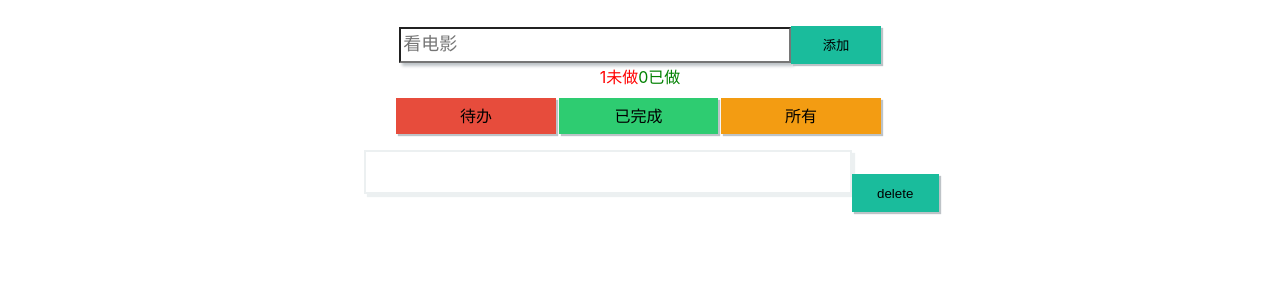
Repository: yurensmile/todolist
Page: /, after clicking the first element matching `button`
An editor plug-in stored every save of this project. The page is shown before and after the next save, followed by the edit.
The browser window is 1280 px wide. The pictures show the whole page.
The project was rebuilt for these pictures with package versions that can differ from the ones it lists, and the page was loaded fresh each time. Also part of the build but not shown: src/All.js, src/HaveDone.js.

Above is the page before, as saved 2019-03-22 09:20:31.

### src/App.js
import React, { Component } from 'react';
import Todos from './Todos'
import './App.css';

class App extends Component {

  constructor() {
    super();
    this.state={
      inputValue: '',
      laters: [],
      havedones: [],
      checked: false,
      id: 1
    };
    this.updateHavedone = this.updateHavedone.bind(this);
    this.updateLaters = this.updateLaters.bind(this);
    this.contentOnclick = this.contentOnclick.bind(this)
  }

  handleOnClick() {
    this.setState(state =>{
      const laters = state.laters.concat(state.inputValue);
      return {
        laters,
        inputValue: ""
      }
    })
  }
  updateInputValue(e) {
    this.setState({
      inputValue: e.target.value
    })
  }

// 点击了三栏内容
  contentOnclick(e) {
    let choice = e.target.innerHTML;
    this.setState((preState)=>{
      switch(choice){
        case "待办": return {id: 1};
        case "已完成": return {id: 2};
        case "所有": return {id: 3};
        default: return {id:1};
      }
    })
  }

 // 如果laters中的某个被点击，则在laters中删除，并添加到havedone中
  updateHavedone(index, item, e){
    const text = e.target.innerHTML;
    let havedones;
    this.setState(state => {
      let n = state.laters.indexOf(item);
      let tem = state.laters.slice();
      tem.splice(n, 1);
      if(text === "delete") {
        havedones = state.havedones;
      }else{
        havedones = state.havedones.concat(item);
      }
      return ({
        havedones,
        laters: tem
      })
    })
  }

// 如果havedone中的某个被点击，则在havedone中删除，并添加到later中
  updateLaters(index, item, e){
    this.setState(state => {
      let n = state.havedones.indexOf(item);
      let tem = state.havedones.slice();
      tem.splice(n, 1);
      let laters = state.laters.concat(item);
      return({
        laters,
        havedones: tem
      })
    })
  }

  render() {
    return (
      <div className="App">
        <input type="text" placeholder="看电影" name="todo"
          value={this.state.inputValue} onChange={this.updateInputValue.bind(this)}/>
        <button onClick={this.handleOnClick.bind(this)}>添加</button><br/>
        <span style={{color: "red"}}>{this.state.laters.length}未做</span>
        <span style={{color: "green"}}>{this.state.havedones.length}已做</span>
        <div id="content" onClick={this.contentOnclick}>
          <div className="choice later">待办</div>
          <div className="choice havedone" >已完成</div>
          <div className="choice all">所有</div>
        </div>
        {/* 列表内容 */}
        <Todos
          id={this.state.id}
          laters={this.state.laters}
          havedones={this.state.havedones}
          all={this.state.all}
          updateHavedones={this.updateHavedone}
          updateLaters={this.updateLaters}
        />
      </div>
    );
  }
}

export default App;

### src/Todos.js
import React, { Component } from 'react';
import All from './All'
import HaveDone from './HaveDone'
import Later from './Later'

class Todos extends Component{

  render(){
    return(
      <div>
        {
          (()=>{
            switch(this.props.id){
              case 1: return <Later laters={this.props.laters}
                                  updateHavedones={this.props.updateHavedones}
                                  />;
              case 2: return <HaveDone havedones={this.props.havedones}
                                  updateLaters={this.props.updateLaters}
                                  />;
              case 3: return <All laters={this.props.laters} havedones={this.props.havedones}/>
              default: console.log("sofunny");
            }

          })()}
      </div>
    )
  }
}
export default Todos;

### src/App.css
.App {
  margin-top: 2%;
  text-align: center;
}

input[type="checkbox"]{
  visibility: hidden;
}

ul{
  list-style-type: none;
}
li{
  display: inline-block;
  width: 39%;
  line-height: 36px;
  height: 40px;
  margin-bottom: 4px;
  margin-left: -3%;
  text-align: left;
  border: 2px solid rgba(236, 240, 241,1.0);
  box-shadow: 3px 3px 1px rgba(236, 240, 241,1.0);
  font-size: 18px;
}
.choice{
  margin-top: 10px;
  margin-right: 3px;
  box-shadow: 2px 2px 1px rgba(189, 195, 199,1.0);
  display: inline-block;
  width: 12%;
  height: 30px;
  text-align: center;
  line-height: 30px;
  border:3px solid rgb(197, 193, 193);
}
.later{
  /* border-color: red; */
  background-color: rgba(231, 76, 60,1.0);
  border-color: rgba(231, 76, 60,1.0);
}
.havedone{
  /* border-color: green; */
  background-color:rgba(46, 204, 113,1.0);
  border-color: rgba(46, 204, 113,1.0);
}
.all{
  background-color: rgba(243, 156, 18,1.0);
  border-color:rgba(243, 156, 18,1.0);
}

.toggle{
  display: inline-block;
}
.App-link {
  color: #61dafb;
}
input[type="text" ]{
  width: 30%;
  height: 30px;
  box-shadow: 3px 3px 3px rgba(189, 195, 199,1.0);
  font-size: 18px;
}
.later.circle{
  height: 10px;
  width: 10px;
  background-color: #f00;
  border-radius: 50%;
  display: inline-block;
}

button{
  background-color: rgba(26, 188, 156,1.0);
  border: 0px;
  width: 7%;
  height: 38px;
  box-shadow: 2px 2px 1px rgba(189, 195, 199,1.0);
}

#content{
  margin-left: auto;
  margin-right: auto;
}

### src/Later.js
import React, { Component } from 'react';

class Later extends Component{
  constructor(props){
    super(props);
    this.state = {
      checked: false,
    };
  }

  // 点击了todo 列表的内容
  handleTodoOnclick(checked, index, item, e){
        this.setState((preState)=>{
          return {checked: !preState.checked}
        });
        if(checked){

        }else{
  //如果later中的某个被点击，则在later中删除，并添加到havedone中
          this.props.updateHavedones(index, item, e);
        }
      }
  render(){
    return (
      <ul>
        {this.props.laters.map((item, index)=>{
          return (
            <div onClick={
              this.handleTodoOnclick.bind(this, this.state.checked, index, item)
              }>
              <input className="toggle" type="checkbox"/>
              <li class="left" style={{color: "red"}} key={index}>{item}</li>
              <button>delete</button>
            </div>
          )
        })}
      </ul>
    )
  }
}

export default Later;

Loaded but not shown: public/index.html (common file); src/index.js (common file); src/index.css (common file); src/serviceWorker.js (common file)

After the next save:
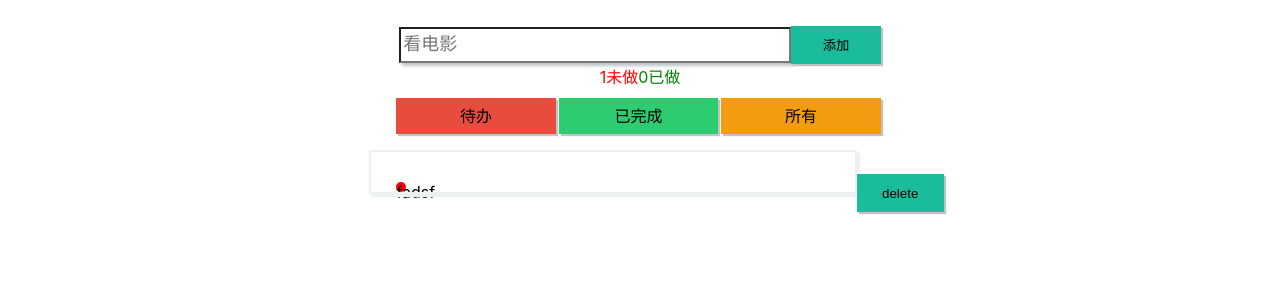
Saved 18 s later.
--- a/src/Later.js
+++ b/src/Later.js
@@ -29,6 +29,7 @@ class Later extends Component{
               this.handleTodoOnclick.bind(this, this.state.checked, index, item)
               }>
               <input className="toggle" type="checkbox"/>
+              <span class="later circle">fadsf</span>
               <li class="left" style={{color: "red"}} key={index}>{item}</li>
               <button>delete</button>
             </div>
